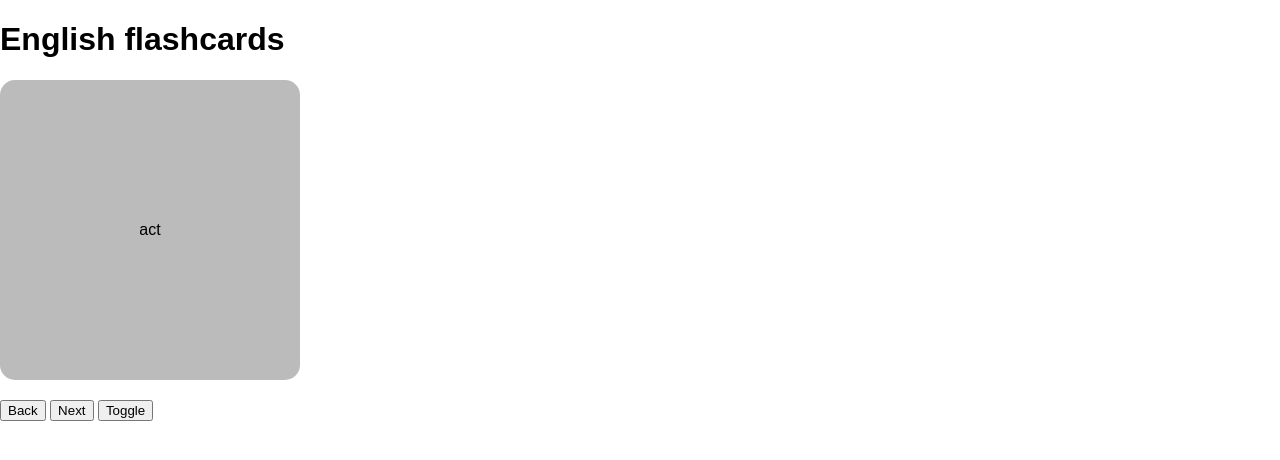
Repository: AdrianGizycki/English-Flashcards
Page: index.html
The author's editor kept a copy of each file at every save. The page is drawn from the files as they stood at one save, then again after a run of saves.
The browser window is 1280 px wide. The pictures show the whole page.

Above is the page before, as saved 2019-09-15 15:14:45.

After the next 9 saves:
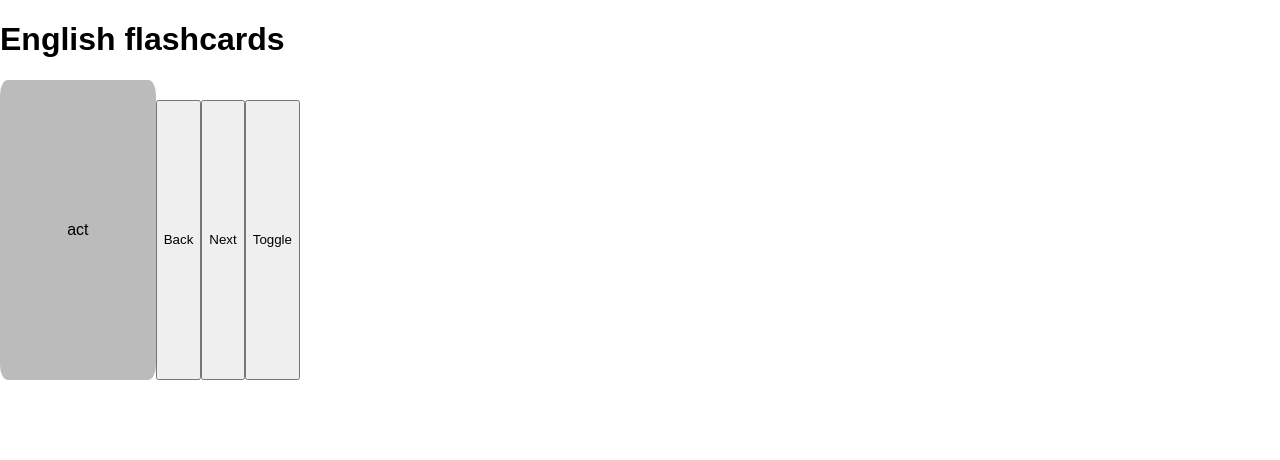
The 9 saves are shown as one change because they came seconds apart.
The last was saved 21 s later.
--- a/style.css
+++ b/style.css
@@ -12,7 +12,9 @@
     height: 300px;
     perspective: 1000px;
     border-radius: 5%;
-    di
+    display: flex;
+    justify-content: center;
+    justify-items: center;
   }
 
   .flip-card-inner {

After the 2 saves that followed:
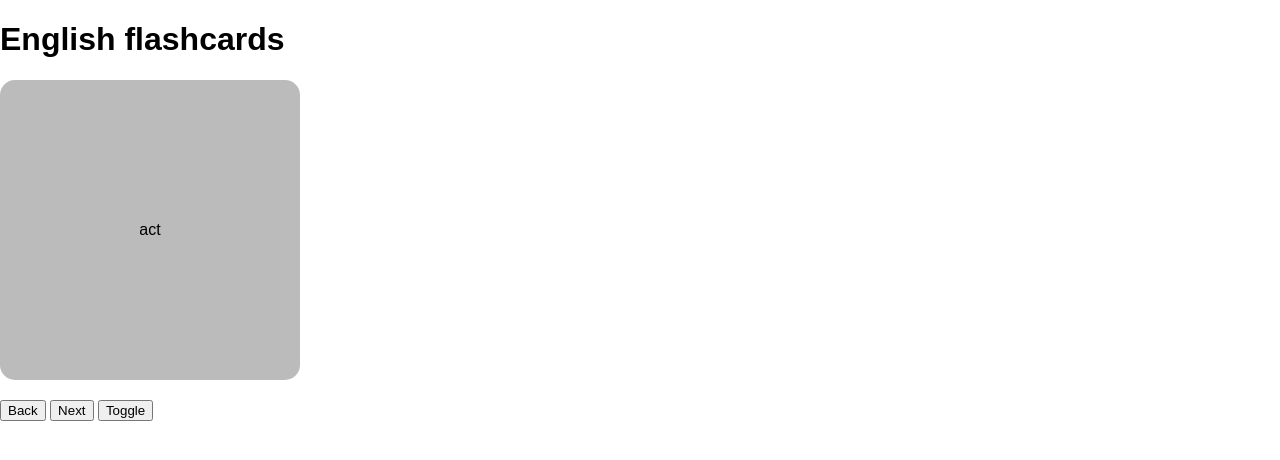
The 2 saves are shown as one change because they came seconds apart.
The last was saved 18 s later.
--- a/style.css
+++ b/style.css
@@ -12,9 +12,6 @@
     height: 300px;
     perspective: 1000px;
     border-radius: 5%;
-    display: flex;
-    justify-content: center;
-    justify-items: center;
   }
 
   .flip-card-inner {
